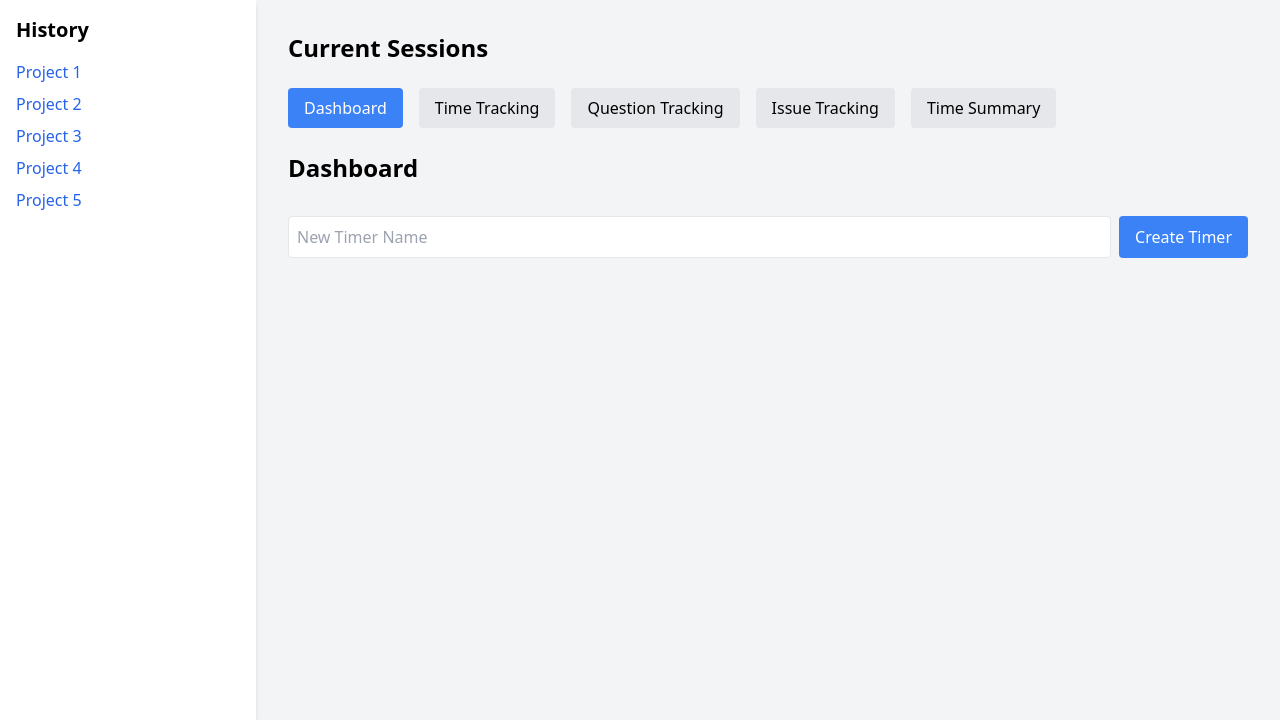
Repository: Mordecaied/Issac
Page: / (app in frontend/)
The author's editor kept a copy of each file at every save. The page is drawn from the files as they stood at one save, then again after the next save.
The browser window is 1280 px wide. The pictures show the whole page.
The project was rebuilt for these pictures with package versions that can differ from the ones it lists, and the page was loaded fresh each time. Also part of the build but not shown: frontend/src/components/QuestionList.tsx, frontend/src/components/IssueList.tsx, frontend/src/components/TimerCard.tsx, frontend/src/components/TimeTracking.tsx, frontend/src/components/QuestionTracking.tsx, frontend/src/components/IssueTracking.tsx, frontend/src/components/TimeSummary.tsx.

Above is the page before, as saved 2024-08-06 21:27:53.

After the next save:
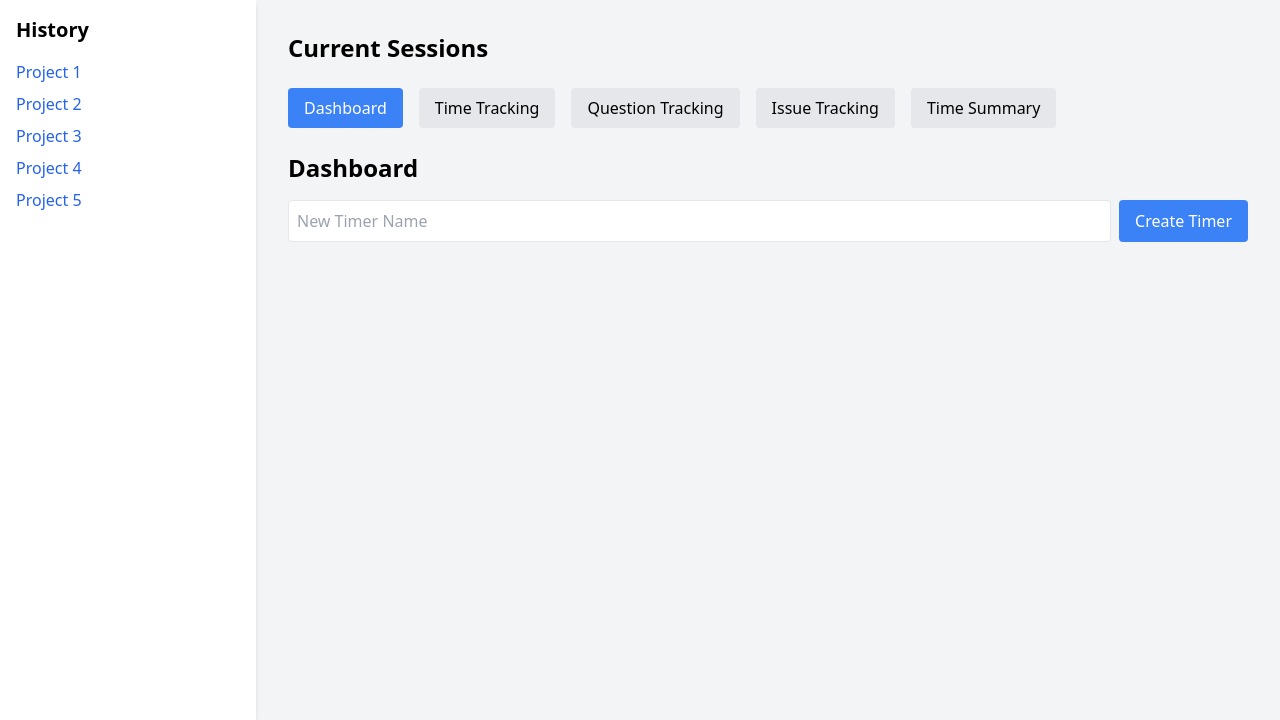
Saved 4 min 5 s later.
--- a/frontend/src/components/Dashboard.tsx
+++ b/frontend/src/components/Dashboard.tsx
@@ -1,12 +1,9 @@
 import React, { useState } from 'react';
 import { useAppContext } from '../context/AppContext';
-import QuestionList from './QuestionList';
-import IssueList from './IssueList';
 import TimerCard from './TimerCard';
 
 const Dashboard: React.FC = () => {
   const { timers, addTimer } = useAppContext();
-  const [expandedTimerId, setExpandedTimerId] = useState<number | null>(null);
   const [newTimerName, setNewTimerName] = useState('');
 
   const handleCreateTimer = () => {
@@ -24,7 +21,7 @@ const Dashboard: React.FC = () => {
   };
 
   return (
-    <div className="space-y-8">
+    <div className="space-y-4">
       <h1 className="text-2xl font-bold mb-4">Dashboard</h1>
       <div className="mb-4 flex">
         <input
@@ -42,27 +39,11 @@ const Dashboard: React.FC = () => {
         </button>
       </div>
       {timers.map(timer => (
-        <div key={timer.id}>
-          <TimerCard
-            timer={timer}
-            isExpanded={expandedTimerId === timer.id}
-            onToggleExpand={() => setExpandedTimerId(expandedTimerId === timer.id ? null : timer.id)}
-          />
-          {expandedTimerId === timer.id && (
-            <div className="mt-4 ml-8">
-              <div className="grid grid-cols-1 md:grid-cols-2 gap-4">
-                <div className="bg-white p-4 rounded shadow">
-                  <h3 className="text-lg font-semibold mb-2">Questions</h3>
-                  <QuestionList timerId={timer.id} />
-                </div>
-                <div className="bg-white p-4 rounded shadow">
-                  <h3 className="text-lg font-semibold mb-2">Issues</h3>
-                  <IssueList timerId={timer.id} />
-                </div>
-              </div>
-            </div>
-          )}
-        </div>
+        <TimerCard
+          key={timer.id}
+          timer={timer}
+          showQuestionsAndIssues={true}
+        />
       ))}
     </div>
   );
